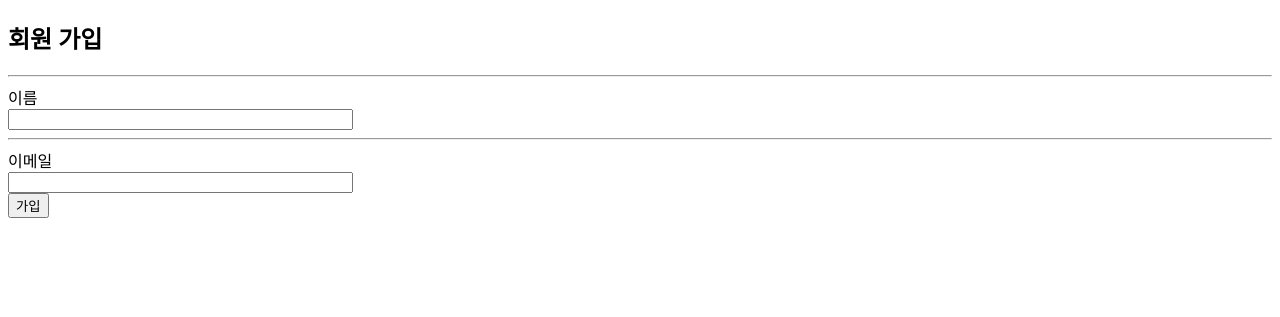
Repository: VvsJaemin/jsp-spring
Page: jwbook/src/main/webapp/ch03/regform.html
The author's editor kept a copy of each file at every save. The page is drawn from the files as they stood at one save, then again after the next save.
The browser window is 1280 px wide. The pictures show the whole page.

Above is the page before, as saved 2021-12-14 14:51:07.

### jwbook/src/main/webapp/ch03/regform.html
<!DOCTYPE html>
<html>
<head>
<meta charset="EUC-KR">
<title>회원 가입 폼 만들기</title>
</head>
<body>
<h2>회원 가입</h2>
<hr>
	<div id='regform'>
		<form name="form">
			<label>이름</label><br>
			<input type="text" name="name" size="40"><br>
			<hr>
			<label>이메일</label><br>
			<input type="email" name="email" size="40"><br>
			<button type="button" onclick="signUp()">가입</button>
		</form>
	</div>
</body>
</html>

After the next save:
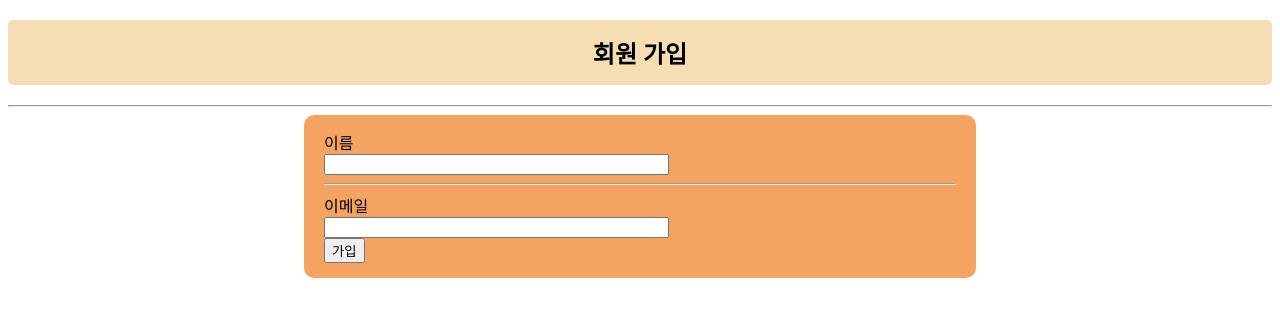
Saved 4 days later.
--- a/jwbook/src/main/webapp/ch03/regform.html
+++ b/jwbook/src/main/webapp/ch03/regform.html
@@ -3,17 +3,32 @@
 <head>
 <meta charset="EUC-KR">
 <title>회원 가입 폼 만들기</title>
+<style>
+h2 {
+	border-radius: 5px;
+	background-color: wheat;
+	text-align: center;
+	padding: 15px 0;
+}
+
+#regform {
+	padding :15px 20px;
+	border-radius: 10px;
+	margin: auto;
+	width: 50%;
+	background-color: SandyBrown;
+}
+</style>
 </head>
 <body>
-<h2>회원 가입</h2>
-<hr>
+	<h2>회원 가입</h2>
+	<hr>
 	<div id='regform'>
 		<form name="form">
-			<label>이름</label><br>
-			<input type="text" name="name" size="40"><br>
+			<label>이름</label><br> <input type="text" name="name" size="40"><br>
 			<hr>
-			<label>이메일</label><br>
-			<input type="email" name="email" size="40"><br>
+			<label>이메일</label><br> <input type="email" name="email"
+				size="40"><br>
 			<button type="button" onclick="signUp()">가입</button>
 		</form>
 	</div>
